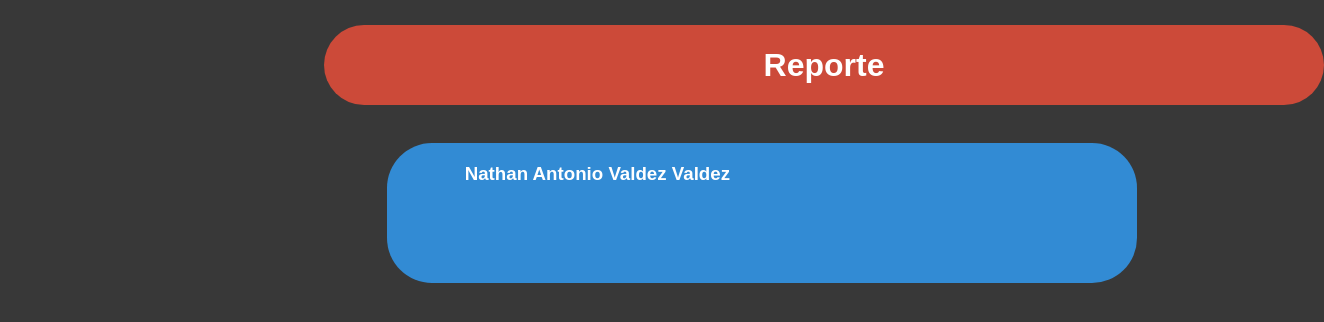
Repository: nathanvdev/LFP_PR_202001568
Page: plantilla.html
These files come from the project's save history. The page is drawn as it stood at one moment and after the next save; the edit follows.
The browser window is 1280 px wide. The page is 1324 px wide, so the pictures cover 1324 px, including what lies to the right of the window. The pictures show the whole page.

Above is the page before, as saved 2022-02-19 18:51:59.

### plantilla.html

<!DOCTYPE html>
<html lang="en">
<head>
    <meta charset="UTF-8">
    <meta http-equiv="X-UA-Compatible" content="IE=edge">
    <meta name="viewport" content="width=device-width, initial-scale=1.0">
    <title>Document</title>
</head>
<style>
    body{
        font-family: sans-serif;
    }
    .titlebox{
        background-color: rgb(204, 74, 57);
        height: 80px;
        width: 1000px;
        margin: 2%;
        margin-left: 25%;
        border-radius: 45px;


        display: flex;
        justify-content: center;
    }
    .PersonalInfo{
        background-color: rgb(50, 139, 212);
        height: 140px;
        width: 750px;
        margin: 2%;
        margin-left: 30%;
        border-radius: 45px;

    }
</style>
<body style="background-color: rgb(56, 56, 56);">
    <div class="titlebox">
        <h1 style="color: white;">Reporte</h1>
    </div>
    <div class="PersonalInfo">
        <h3 style="color: white; padding-left: 40px;
        padding-top: 20px; margin: 5%;">
            Nathan Antonio Valdez Valdez
        </h3>
    </div>
</body>
</html>

After the next save:
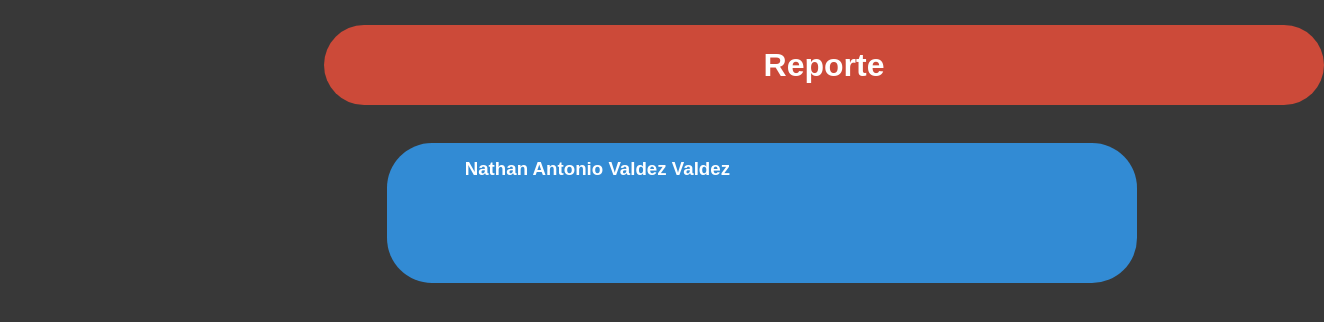
Saved 7 s later.
--- a/plantilla.html
+++ b/plantilla.html
@@ -39,7 +39,7 @@
     </div>
     <div class="PersonalInfo">
         <h3 style="color: white; padding-left: 40px;
-        padding-top: 20px; margin: 5%;">
+        padding-top: 15px; margin: 5%;">
             Nathan Antonio Valdez Valdez
         </h3>
     </div>
